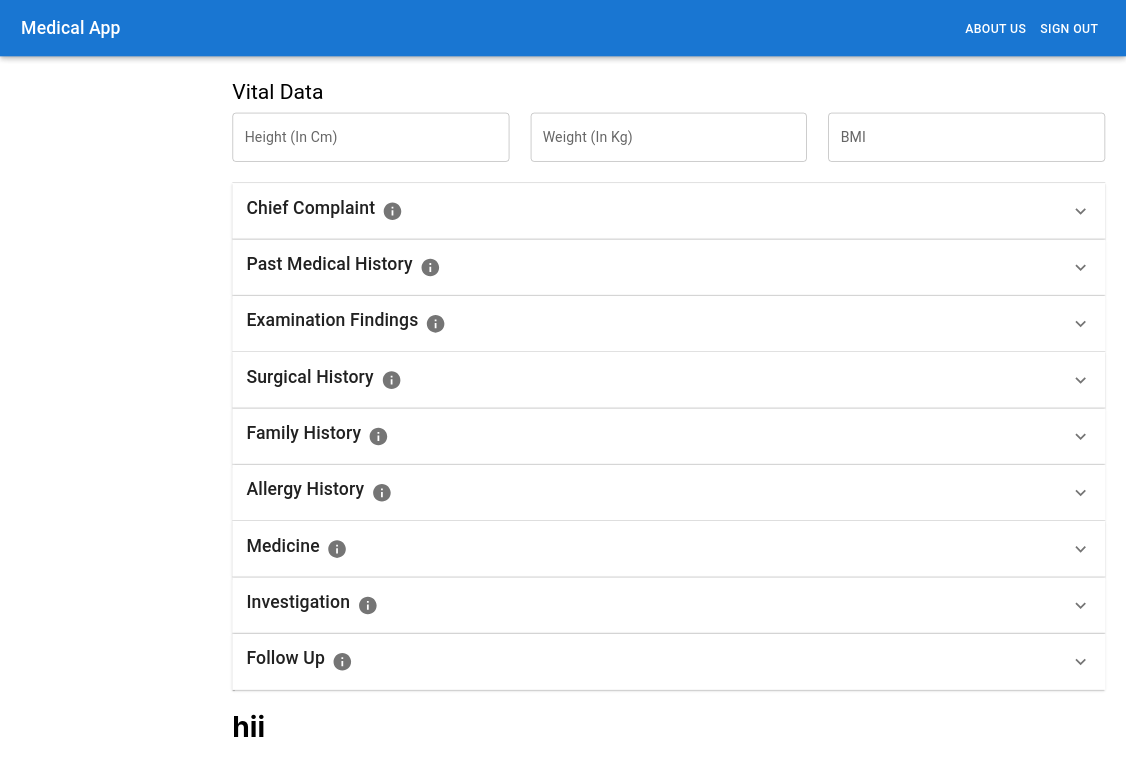
Repository: sshaiv/demo_project
Page: /
The author's editor kept a copy of each file at every save. The page is drawn from the files as they stood at one save, then again after the next save.
The browser window is 1280 px wide. The pictures show the whole page, at 88% of full size.
The project was rebuilt for these pictures with package versions that can differ from the ones it lists, and the page was loaded fresh each time.

Above is the page before, as saved 2024-08-12 20:06:39.

### src/App.js
import React from 'react';
import { Container, Box } from '@mui/material';
import Header from './components/Header';
import VitalData from './components/VitalData';
import AccordionSection from './components/AccordionSection';
import MedicineSection from './components/MedicineSection';
import FollowUpSection from './components/FollowUpSection';
import HistoryDetail from './components/HistoryDetail'; // Import the new component

const App = () => {
  return (
    <div style={{ display: 'flex' }}>
      <Header />
      <Container style={{ marginTop: '64px', marginLeft: '240px' }}>
        <Box mt={3}>
          <VitalData />
          <AccordionSection title="Chief Complaint" />
          <AccordionSection title="Past Medical History" />
          <AccordionSection title="Examination Findings" />
          <AccordionSection title="Surgical History" />
          <AccordionSection title="Family History" />
          <AccordionSection title="Allergy History" />
          <MedicineSection />
          <AccordionSection title="Investigation" />
          <FollowUpSection />
          <HistoryDetail /> {/* Add the HistoryDetail component here */}
        </Box>
      </Container>
    </div>
  );
};

export default App;

### src/components/Header.js
import React from 'react';
import { AppBar, Toolbar, Typography, Button } from '@mui/material';

const Header = () => {
  return (
    <AppBar position="fixed">
      <Toolbar>
        <Typography variant="h6" style={{ flexGrow: 1 }}>
          Medical App
        </Typography>
        <Button color="inherit">About Us</Button>
        <Button color="inherit">Sign Out</Button>
      </Toolbar>
    </AppBar>
  );
};

export default Header;

### src/components/VitalData.js
import React from 'react';
import { TextField, Grid, Box, Typography } from '@mui/material';

const VitalData = () => {
  return (
    <Box mb={3}>
      <Typography variant="h5" gutterBottom>
        Vital Data
      </Typography>
      <Grid container spacing={3}>
        <Grid item xs={12} sm={6} md={4}>
          <TextField label="Height (In Cm)" fullWidth />
        </Grid>
        <Grid item xs={12} sm={6} md={4}>
          <TextField label="Weight (In Kg)" fullWidth />
        </Grid>
        <Grid item xs={12} sm={6} md={4}>
          <TextField label="BMI" fullWidth />
        </Grid>
        {/* Add more fields as necessary */}
      </Grid>
    </Box>
  );
};

export default VitalData;

### src/components/AccordionSection.js
import React from 'react';
import { Accordion, AccordionSummary, AccordionDetails, TextField, Typography } from '@mui/material';
import ExpandMoreIcon from '@mui/icons-material/ExpandMore';
import InfoIcon from '@mui/icons-material/Info';
import IconButton from '@mui/material/IconButton';

const AccordionSection = ({ title }) => {
  return (
    <Accordion>
      <AccordionSummary expandIcon={<ExpandMoreIcon />}>
        <Typography variant="h6">{title}</Typography>
        <IconButton>
          <InfoIcon />
        </IconButton>
      </AccordionSummary>
      <AccordionDetails>
        <TextField label={`Search ${title}`} fullWidth margin="normal" />
      </AccordionDetails>
    </Accordion>
  );
};

export default AccordionSection;

### src/components/MedicineSection.js
import React from 'react';
import { Accordion, AccordionSummary, AccordionDetails, TextField, Typography, Box, Grid, Button } from '@mui/material';
import ExpandMoreIcon from '@mui/icons-material/ExpandMore';
import InfoIcon from '@mui/icons-material/Info';
import IconButton from '@mui/material/IconButton';

const MedicineSection = () => {
  return (
    <Accordion>
      <AccordionSummary expandIcon={<ExpandMoreIcon />}>
        <Typography variant="h6">Medicine</Typography>
        <IconButton>
          <InfoIcon />
        </IconButton>
      </AccordionSummary>
      <AccordionDetails>
        <Box>
          <TextField label="Search Medicine" fullWidth margin="normal" />
          <TextField label="Search Generic Medicine" fullWidth margin="normal" />
          <Grid container spacing={3}>
            <Grid item xs={12} sm={6} md={4}>
              <TextField label="Unit" fullWidth />
            </Grid>
            <Grid item xs={12} sm={6} md={4}>
              <TextField label="Frequency" fullWidth />
            </Grid>
            <Grid item xs={12} sm={6} md={4}>
              <TextField label="Duration" fullWidth />
            </Grid>
            <Grid item xs={12} sm={6} md={4}>
              <TextField label="Start From" fullWidth />
            </Grid>
            <Grid item xs={12} sm={6} md={4}>
              <TextField label="Instruction" fullWidth />
            </Grid>
          </Grid>
          <Button variant="contained" color="primary" style={{ marginTop: '16px' }}>
            Create New Template
          </Button>
        </Box>
      </AccordionDetails>
    </Accordion>
  );
};

export default MedicineSection;

### src/components/FollowUpSection.js
import React from 'react';
import { Accordion, AccordionSummary, AccordionDetails, TextField, Typography, Grid, Button } from '@mui/material';
import ExpandMoreIcon from '@mui/icons-material/ExpandMore';
import InfoIcon from '@mui/icons-material/Info';
import IconButton from '@mui/material/IconButton';

const FollowUpSection = () => {
  return (
    <Accordion>
      <AccordionSummary expandIcon={<ExpandMoreIcon />}>
        <Typography variant="h6">Follow Up</Typography>
        <IconButton>
          <InfoIcon />
        </IconButton>
      </AccordionSummary>
      <AccordionDetails>
        <Grid container spacing={3}>
          <Grid item xs={12} sm={6}>
            <TextField label="Date Time" fullWidth />
          </Grid>
          <Grid item xs={12} sm={6}>
            <TextField label="Remark" fullWidth />
          </Grid>
          <Grid item xs={12} sm={6}>
            <TextField label="Refer Doctor" fullWidth />
          </Grid>
          <Grid item xs={12} sm={6}>
            <TextField label="Remark" fullWidth />
          </Grid>
        </Grid>
        <Button variant="contained" color="primary" style={{ marginTop: '16px' }}>
          Follow Up Save
        </Button>
      </AccordionDetails>
    </Accordion>
  );
};

export default FollowUpSection;

### src/components/HistoryDetail.js
import React from 'react';
import { Grid, Accordion, AccordionSummary, AccordionDetails, TextField } from '@mui/material';
import ExpandMoreIcon from '@mui/icons-material/ExpandMore';
import IconButton from '@mui/material/IconButton';
import InfoIcon from '@mui/icons-material/Info';

const sections = [
  { title: 'Chief Complaint', fields: ['Symptoms'] },
  { title: 'Past Medical History', fields: ['Search Past Medical'] },
  { title: 'Examination Findings', fields: ['Search Findings'] },
  { title: 'Surgical History', fields: ['Search Findings'] },
  { title: 'Family History', fields: [] },
  { title: 'Allergy History', fields: ['Search Allergy'] },
  { title: 'Medicine', fields: ['Search Medicine', 'Search Generic Medicine', 'Template'] },
  { title: 'Investigation', fields: ['Search Investigation'] },
  { title: 'Follow Up', fields: ['Date Time', 'Remark', 'Refer Doctor', 'Remark'] },
];

const HistoryDetail = () => {
  return (
    <div>
        <h1>hii</h1>
    </div>
  );
};

export default HistoryDetail;

Loaded but not shown: public/index.html (common file); src/index.js (common file); src/index.css (common file)

After the next save:
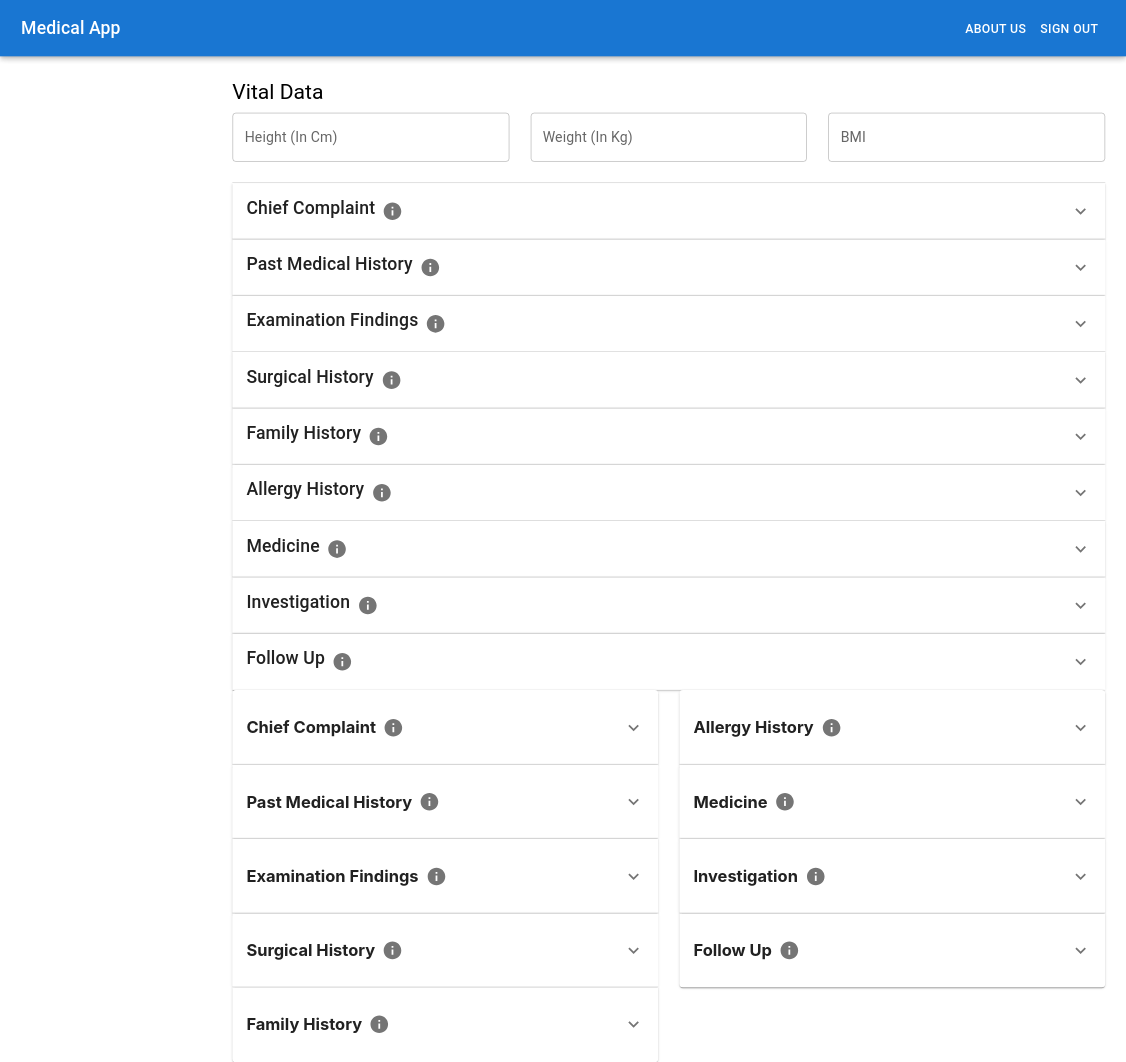
Saved 11 s later.
--- a/src/components/HistoryDetail.js
+++ b/src/components/HistoryDetail.js
@@ -18,9 +18,42 @@ const sections = [
 
 const HistoryDetail = () => {
   return (
-    <div>
-        <h1>hii</h1>
-    </div>
+    <Grid container spacing={3}>
+      <Grid item xs={12} sm={6}>
+        {sections.slice(0, Math.ceil(sections.length / 2)).map((section, index) => (
+          <Accordion key={index}>
+            <AccordionSummary expandIcon={<ExpandMoreIcon />}>
+              <h3>{section.title}</h3>
+              <IconButton>
+                <InfoIcon />
+              </IconButton>
+            </AccordionSummary>
+            <AccordionDetails>
+              {section.fields.map((field, idx) => (
+                <TextField key={idx} label={field} fullWidth margin="normal" />
+              ))}
+            </AccordionDetails>
+          </Accordion>
+        ))}
+      </Grid>
+      <Grid item xs={12} sm={6}>
+        {sections.slice(Math.ceil(sections.length / 2)).map((section, index) => (
+          <Accordion key={index}>
+            <AccordionSummary expandIcon={<ExpandMoreIcon />}>
+              <h3>{section.title}</h3>
+              <IconButton>
+                <InfoIcon />
+              </IconButton>
+            </AccordionSummary>
+            <AccordionDetails>
+              {section.fields.map((field, idx) => (
+                <TextField key={idx} label={field} fullWidth margin="normal" />
+              ))}
+            </AccordionDetails>
+          </Accordion>
+        ))}
+      </Grid>
+    </Grid>
   );
 };
 
